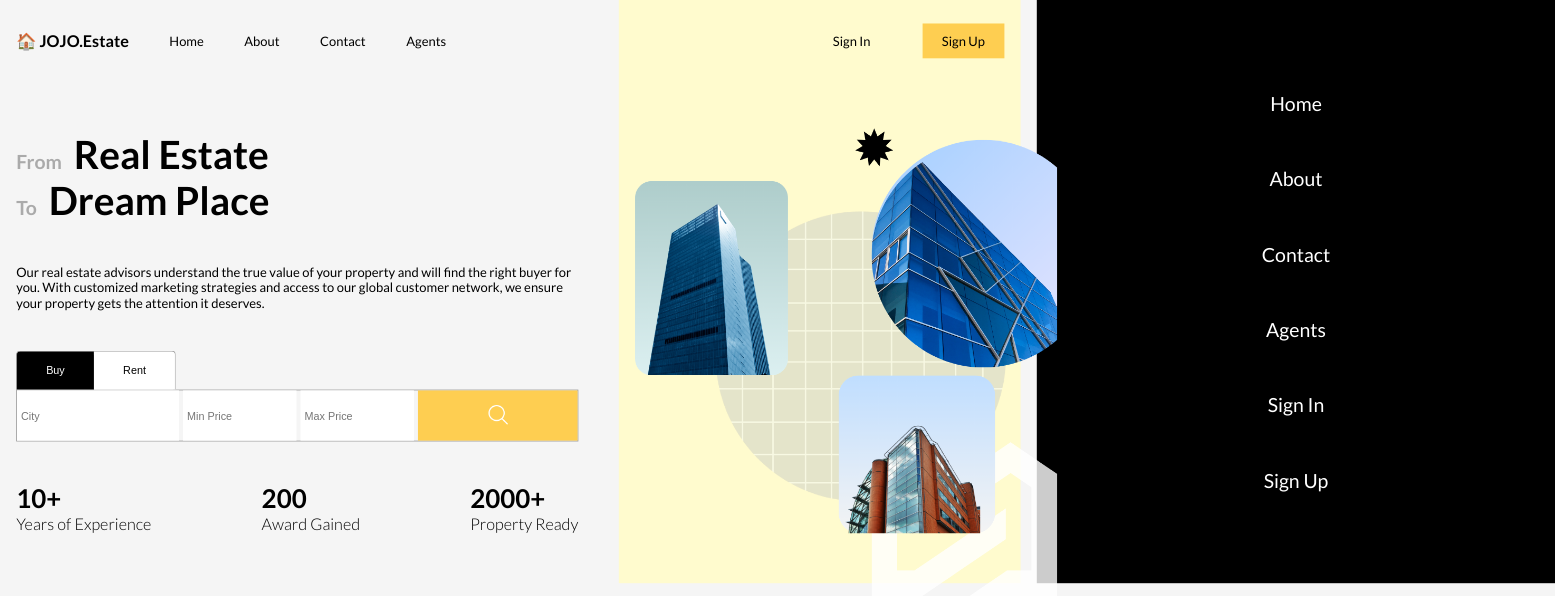
Repository: AiTrinh303/JOJO-estate
Page: /
These files come from the project's save history. The page is drawn as it stood at one moment and after the next save; the edit follows.
The browser window is 1280 px wide. The page is 1920 px wide, so the pictures cover 1920 px, including what lies to the right of the window. The pictures show the whole page, at 81% of full size.
The page's requests for data from a server got no answer. The project was rebuilt for these pictures with package versions that can differ from the ones it lists, and the page was loaded fresh each time. No one was signed in, and anything a server would have sent is missing. Also part of the build but not shown: vite.config.js, src/routes/listPage/listPage.scss, src/components/filter/filter.scss, src/components/filter/Filter.jsx, src/components/card/card.scss, src/components/card/Card.jsx, src/components/map/map.scss, src/components/pin/pin.scss and 21 more. Imported but missing from the stored project, and not drawn on this page: src/components/uploadWidget/UploadWidget.

Above is the page before, as saved 2024-08-06 21:38:23.

### index.html
<!DOCTYPE html>
<html lang="en">
  <head>
    <meta charset="UTF-8" />
    <link rel="icon" type="image/svg+xml" href="/logo.png" />
    <meta name="viewport" content="width=device-width, initial-scale=1.0" />
    <title>🏠JOJO Estate App</title>
    <meta name="description" content="Buy, Sell and Rent Properties" />
    <link
      href="https://fonts.googleapis.com/css2?family=Lato:ital,wght@0,100;0,300;0,400;0,700;0,900;1,100;1,300;1,400;1,700;1,900&display=swap"
      rel="stylesheet"
    />
  </head>
  <body>
    <div id="root"></div>
    <script type="module" src="/src/main.jsx"></script>
  </body>
</html>

### src/App.jsx
import HomePage from "./routes/homePage/homePage";
import { createBrowserRouter, RouterProvider } from "react-router-dom";
import ListPage from "./routes/listPage/listPage";
import { Layout, RequireAuth } from "./routes/layout/layout";
import SinglePage from "./routes/singlePage/singlePage";
import ProfilePage from "./routes/profilePage/profilePage";
import Login from "./routes/login/login";
import Register from "./routes/register/register";
import ProfileUpdatePage from "./routes/profileUpdatePage/profileUpdatePage";
import NewPostPage from "./routes/newPostPage/newPostPage";
import { listPageLoader, profilePageLoader, singlePageLoader } from "./lib/loaders";

function App() {
  const router = createBrowserRouter([
    {
      path: "/",
      element: <Layout />,
      children: [
        {
          path: "/",
          element: <HomePage />,
        },
        {
          path: "/list",
          element: <ListPage />,
          loader: listPageLoader,
        },
        {
          path: "/:id",
          element: <SinglePage />,
          loader: singlePageLoader,
        },
        {
          path: "/login",
          element: <Login />,
        },
        {
          path: "/register",
          element: <Register />,
        },
      ],
    },
    {
      path: "/",
      element: <RequireAuth />,
      children: [
        {
          path: "/profile",
          element: <ProfilePage />,
          loader: profilePageLoader
        },
        {
          path: "/profile/update",
          element: <ProfileUpdatePage />,
        },
        {
          path: "/add",
          element: <NewPostPage />,
        },
      ],
    },
  ]);

  return <RouterProvider router={router} />;
}

export default App;

### src/index.scss
*{
  padding: 0;
  margin: 0;
  box-sizing: border-box;
}

a {
  text-decoration: none;
  color: inherit;
}

body{
  font-family: "Lato", sans-serif;
  overflow: hidden;
  background-color: #f5f5f5;
}

### src/routes/homePage/homePage.jsx
import { useContext } from "react";
import SearchBar from "../../components/searchBar/SearchBar";
import "./homePage.scss";
import { AuthContext } from "../../context/AuthContext";

function HomePage() {

  const {currentUser} = useContext(AuthContext)

  return (
    <div className="homePage">
      <div className="textContainer">
        <div className="wrapper">
          <h1 className="title">
            <span className="small-text">From </span>
            <span className="animated-text">Real Estate</span>
            <br />
            <span className="small-text">To </span>
            <span className="animated-text">Dream Place</span>
          </h1>
          <p>
          Our real estate advisors understand the true value of your property and will find the right buyer for you. With customized marketing strategies and access to our global customer network, we ensure your property gets the attention it deserves.
          </p>
          <SearchBar />
          <div className="boxes">
            <div className="box">
              <h1>10+</h1>
              <h2>Years of Experience</h2>
            </div>
            <div className="box">
              <h1>200</h1>
              <h2>Award Gained</h2>
            </div>
            <div className="box">
              <h1>2000+</h1>
              <h2>Property Ready</h2>
            </div>
          </div>
        </div>
      </div>
      <div className="imgContainer">
        <img src="/bg.png" alt="" />
      </div>
      {/* <div className="imgBottom">
        <img src="/bg1.jpg" alt="" />
      </div> */}
    </div>
  );
}

export default HomePage;

### src/routes/layout/layout.jsx
import "./layout.scss";
import Navbar from "../../components/navbar/Navbar";
import { Navigate, Outlet } from "react-router-dom";
import { useContext } from "react";
import { AuthContext } from "../../context/AuthContext";

function Layout() {
  return (
    <div className="layout">
      <div className="navbar">
        <Navbar />
      </div>
      <div className="content">
        <Outlet />
      </div>
    </div>
  );
}

function RequireAuth() {
  const { currentUser } = useContext(AuthContext);

  if (!currentUser) return <Navigate to="/login" />;
  else {
    return (
      <div className="layout">
        <div className="navbar">
          <Navbar />
        </div>
        <div className="content">
          <Outlet />
        </div>
      </div>
    );
  }
}

export { Layout, RequireAuth };

### src/components/searchBar/SearchBar.jsx
import { useState } from "react";
import "./searchBar.scss";
import { Link } from "react-router-dom";

const types = ["buy", "rent"];

function SearchBar() {
  const [query, setQuery] = useState({
    type: "buy",
    city: "",
    minPrice: 0,
    maxPrice: 0,
  });

  const switchType = (val) => {
    setQuery((prev) => ({ ...prev, type: val }));
  };

  const handleChange = (e) => {
    setQuery((prev) => ({ ...prev, [e.target.name]: e.target.value }));
  };

  return (
    <div className="searchBar">
      <div className="type">
        {types.map((type) => (
          <button
            key={type}
            onClick={() => switchType(type)}
            className={query.type === type ? "active" : ""}
          >
            {type}
          </button>
        ))}
      </div>
      <form>
        <input
          type="text"
          name="city"
          placeholder="City"
          onChange={handleChange}
        />
        <input
          type="number"
          name="minPrice"
          min={0}
          max={10000000}
          placeholder="Min Price"
          onChange={handleChange}
        />
        <input
          type="number"
          name="maxPrice"
          min={0}
          max={10000000}
          placeholder="Max Price"
          onChange={handleChange}
        />
        <Link
          to={`/list?type=${query.type}&city=${query.city}&minPrice=${query.minPrice}&maxPrice=${query.maxPrice}`}
        >
          <button>
            <img src="/search.png" alt="" />
          </button>
        </Link>
      </form>
    </div>
  );
}

export default SearchBar;

### src/routes/homePage/homePage.scss
@import "../../responsive.scss";

.homePage {
  display: flex;
  height: 100%;
  // background-color: #f5f5f5;

  .textContainer {
    flex: 3;

    .wrapper {
      padding-right: 100px;
      display: flex;
      flex-direction: column;
      justify-content: center;
      gap: 50px;
      height: 100%;

      @include lg{
        padding-right: 50px;
      }

      @include md{
        padding: 0;
      }

      @include sm{
        justify-content: flex-start;
      }

      .title {
        font-size: 64px;
        .small-text {
          font-size: 0.5em;
          color: #aaa;
          margin-right: 10px;
        }
        .animated-text {
          display: inline-block;
          position: relative;
          animation: slide-in 2s ease-in-out;
        }
        @include lg {
          font-size: 48px;
        }
      }

      .boxes {
        display: flex;
        justify-content: space-between;

        @include sm {
          display: none;
        }

        h1 {
          font-size: 36px;


          @include lg {
            font-size: 32px;
          }
        }

        h2 {
          font-size: 20px;
          font-weight: 300;
        }
      }
    }
  }

  .imgContainer {
    flex: 2;
    background-color: #fffbce;
    position: relative;
    display: flex;
    align-items: center;


    @include md {
      display: none;
    }

    img {
      width: 115%;
      position: absolute;
      right: -45px;


      @include lg {
        width: 105%;
      }
    }
  }


}
@keyframes slide-in {
  0% {
    opacity: 0;
    transform: translateX(-100%);
  }
  100% {
    opacity: 1;
    transform: translateX(0);
  }
}

### src/routes/layout/layout.scss
@import "../../responsive.scss";

.layout {
  height: 100vh;
  max-width: 1366px;
  margin-left: auto;
  margin-right: auto;
  padding-left: 20px;
  padding-right: 20px;
  display: flex;
  flex-direction: column;

  @include lg {
    max-width: 1280px;
  }

  @include md {
    max-width: 768px;
  }

  @include sm {
    max-width: 640px;
  }

  .content {
    // flex: 1;
    height: calc(100vh - 100px);
  }
}

### src/components/navbar/Navbar.jsx
import { useContext, useState } from "react";
import "./navbar.scss";
import { Link } from "react-router-dom";
import { AuthContext } from "../../context/AuthContext";
import { useNotificationStore } from "../../lib/notificationStore";

function Navbar() {
  const [open, setOpen] = useState(false);

  const { currentUser } = useContext(AuthContext);

  const fetch = useNotificationStore((state) => state.fetch);
  const number = useNotificationStore((state) => state.number);

  if(currentUser) fetch();

  return (
    <nav>
      <div className="left">
        <a href="/" className="logo">
          <span>🏠 JOJO.Estate</span>
        </a>
        <a href="/">Home</a>
        <a href="/">About</a>
        <a href="/">Contact</a>
        <a href="/">Agents</a>
      </div>

      <div className="right">
        <a href="/">Sign In</a>
        <a href="/" className="register">Sign Up</a>
        <div className="menuIcon">
          <img
            src="/menu.png"
            alt="menu"
            onClick={() => setOpen((prev) => !prev)}/>
        </div>
        <div className={open ? "menu active" : "menu"}>
          <a href="/">Home</a>
          <a href="/">About</a>
          <a href="/">Contact</a>
          <a href="/">Agents</a>
          <a href="/">Sign In</a>
          <a href="/">Sign Up</a>
        </div>
        {/* {currentUser ? (
          <div className="user">
            <img src={currentUser.avatar || "/noavatar.jpg"} alt="" />
            <span>{currentUser.username}</span>
            <Link to="/profile" className="profile">
              {number > 0 && <div className="notification">{number}</div>}
              <span>Profile</span>
            </Link>
          </div>
        ) : (
          <>
            <a href="/login">Sign in</a>
            <a href="/register" className="register">
              Sign up
            </a>
          </>
        )}
        <div className="menuIcon">
          <img
            src="/menu.png"
            alt=""
            onClick={() => setOpen((prev) => !prev)}
          />
        </div>
        <div className={open ? "menu active" : "menu"}>
          <a href="/">Home</a>
          <a href="/">About</a>
          <a href="/">Contact</a>
          <a href="/">Agents</a>
          <a href="/">Sign in</a>
          <a href="/">Sign up</a>
        </div> */}
      </div>
    </nav>
  );
}

export default Navbar;

### src/components/searchBar/searchBar.scss
@import "../../responsive.scss";

.searchBar {
  .type {


    button {
      padding: 16px 36px;
      border: 1px solid #999;
      border-bottom: none;
      cursor: pointer;
      background-color: white;
      text-transform: capitalize;

      &.active {
        background-color: black;
        color: white;
      };

      &:first-child {
        border-top-left-radius: 5px;
        border-right: none;
      };
      &:last-child {
        border-top-right-radius: 5px;
        border-left: none;
      };
    }
  }

  form {
    border: 1px solid #999;
    display: flex;
    justify-content: space-between;
    height: 64px;
    gap: 5px;

    @include sm {
      flex-direction: column;
      border: none;
    };

    input {
      border: none;
      padding: 0px 10px;
      width: 200px;

      @include lg {
        padding: 0px 5px;

        &:nth-child(2),
        &:nth-child(3) {
          width: 140px;
        }
      };
      @include md {
        width: 200px;
        &:nth-child(2),
        &:nth-child(3) {
          width: 200px;
        }
      };

      @include sm{
        width: auto;
        &:nth-child(2),
        &:nth-child(3) {
          width: auto;
        }
        padding: 20px;
        border: 1px solid #999;
      }
    };

    a{
      flex: 1;
      background-color: #fece51;
      display: flex;
      align-items: center;
      justify-content: center;

      button {
        border: none;
        cursor: pointer;
        background-color: #fece51;

        @include sm{
          padding: 10px;
        }

        img {
          width: 24px;
          height: 24px;
        }
      }
    }
  }
}

### src/responsive.scss
@mixin sm {
  @media (max-width: 738px) {
    @content;
  }
};

@mixin md {
  @media (max-width: 1024px) {
    @content;
  }
};

@mixin lg {
  @media (max-width: 1366px) {
    @content;
  }
};

### src/components/navbar/navbar.scss
@import "../../responsive.scss";

nav {
  height: 100px;
  display: flex;
  justify-content: space-between;
  align-items: center;

  a {
    transition: all 0.4s ease;

    @include sm {
      display: none;
    }

    &:hover {
      scale: 1.08;
    }
  }

  .left {
    flex: 3;
    display: flex;
    align-items: center;
    gap: 50px;

    .logo {
      font-weight: bold;
      font-size: 20px;
      display: flex;
      align-items: center;
      gap: 3px;

      span {
        @include md {
          display: none;
        }

        @include sm {
          display: initial;
        }
      }
    }
  }
  .right {
    flex: 2;
    display: flex;
    align-items: center;
    justify-content: flex-end;
    background-color: #fffbce;
    ;
    height: 100%;

    @include md {
      background-color: transparent;
    }

    a {
      padding: 12px 24px;
      margin: 20px;
    }

    .user{
      display: flex;
      align-items: center;
      font-weight: bold;

      img{
        width: 40px;
        height: 40px;
        border-radius: 50%;
        object-fit: cover;
        margin-right: 20px;
      }

      span{
        @include sm{
          display: none;
        }
      }

      .profile{
        padding: 12px 24px;
        background-color: #fece51;
        cursor: pointer;
        border: none;
        position: relative;

        .notification{
          position: absolute;
          top: -8px;
          right: -8px;
          background-color: red;
          color: white;
          border-radius: 50%;
          width: 26px;
          height: 26px;
          display: flex;
          align-items: center;
          justify-content: center;
        }

      }
    }

    .register {
      background-color: #fece51;
    }

    .menuIcon {
      display: none;
      z-index: 999;

      img {
        width: 36px;
        height: 36px;
        cursor: pointer;
      }

      @include sm {
        display: inline;
      }
    }

    .menu {
      position: absolute;
      top: 0;
      right: -50%;
      background-color: black;
      color: white;
      height: 100vh;
      width: 50%;
      transition: all 1s ease;
      display: flex;
      flex-direction: column;
      align-items: center;
      justify-content: center;
      font-size: 24px;

      &.active {
        right: 0;
      }

      @include sm {
        a {
          display: initial;
        }
      }
    }
  }
}

Loaded but not shown: src/main.jsx (common file); src/context/AuthContext.jsx (common file); src/context/SocketContext.jsx (common file); src/lib/loaders.js (common file); src/lib/apiRequest.js (common file); src/lib/notificationStore.js (common file)

After the next save:
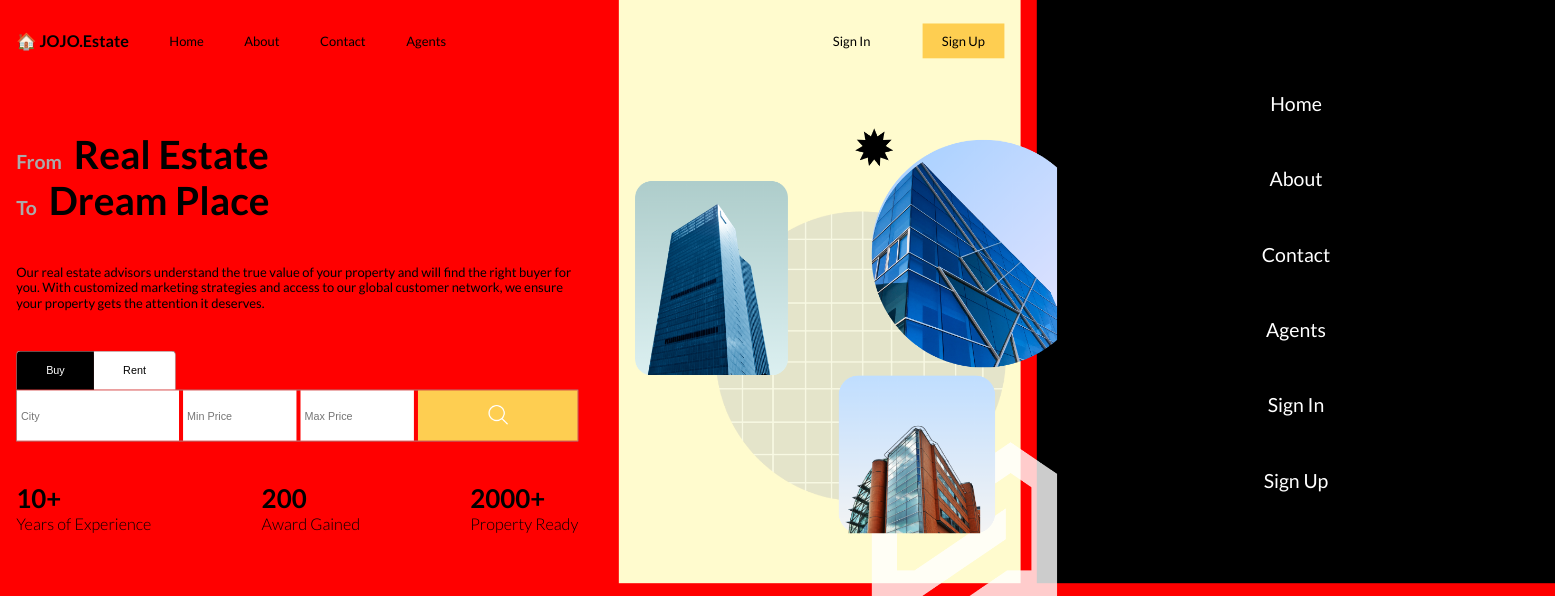
Saved 6 s later.
--- a/src/index.scss
+++ b/src/index.scss
@@ -12,5 +12,5 @@
 body{
   font-family: "Lato", sans-serif;
   overflow: hidden;
-  background-color: #f5f5f5;
+  background-color: red;
 }

After the 2 saves that followed:
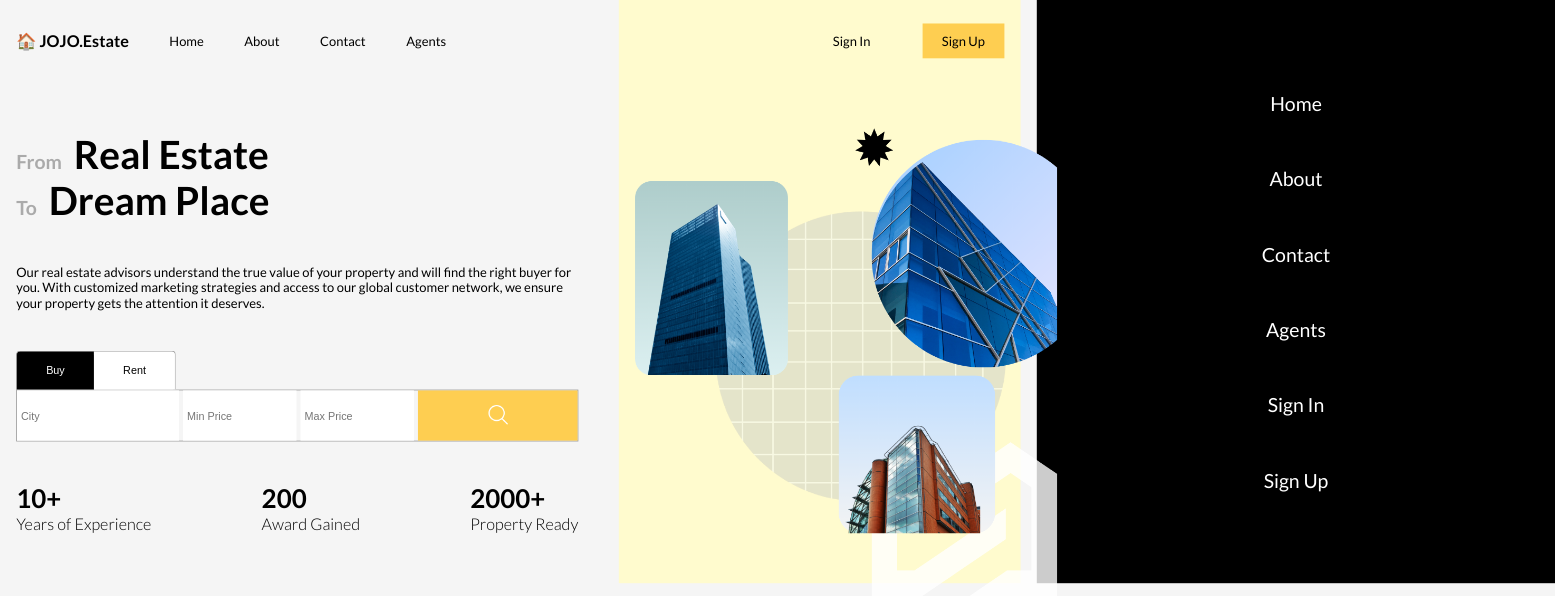
The 2 saves are shown as one change because they came seconds apart.
The last was saved 12 s later.
--- a/src/index.scss
+++ b/src/index.scss
@@ -12,5 +12,5 @@
 body{
   font-family: "Lato", sans-serif;
   overflow: hidden;
-  background-color: red;
+  background-color: #f5f5f5;
 }
